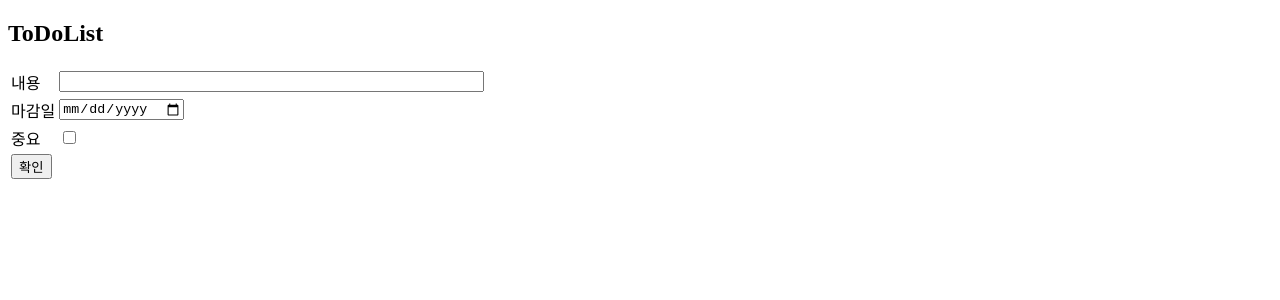
Repository: leesaereum/ToDoList
Page: http://localhost/ToDo/create.jsp
An editor plug-in stored every save of this project. The page is shown before and after the next save, followed by the edit.
The browser window is 1280 px wide. The pictures show the whole page.
The page is served by Tomcat 9.

Above is the page before, as saved 2022-03-29 05:57:11.

After the next save:
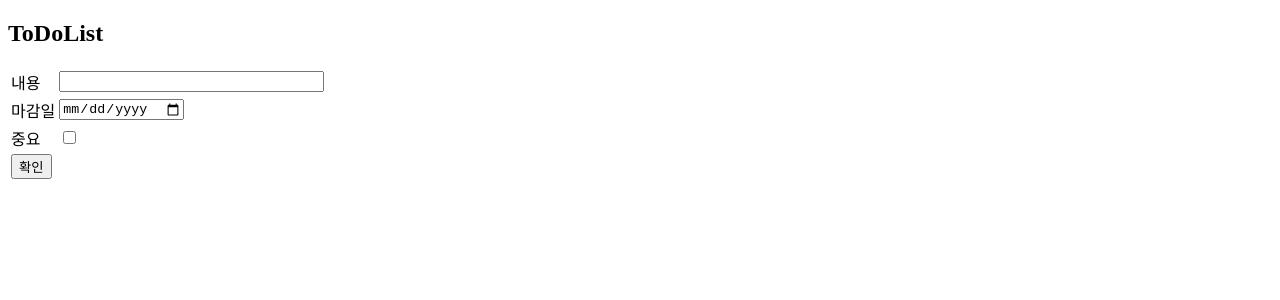
Saved 5 s later.
--- a/ToDo/src/main/webapp/create.jsp
+++ b/ToDo/src/main/webapp/create.jsp
@@ -13,7 +13,7 @@
 	<form action="create_list.do" method="get">
 		<tr>
 			<td>내용</td>
-			<td><input type="text" name="content" size="50"></td>
+			<td><input type="text" name="content" size="30"></td>
 		</tr>
 		<tr>
 			<td>마감일</td>
